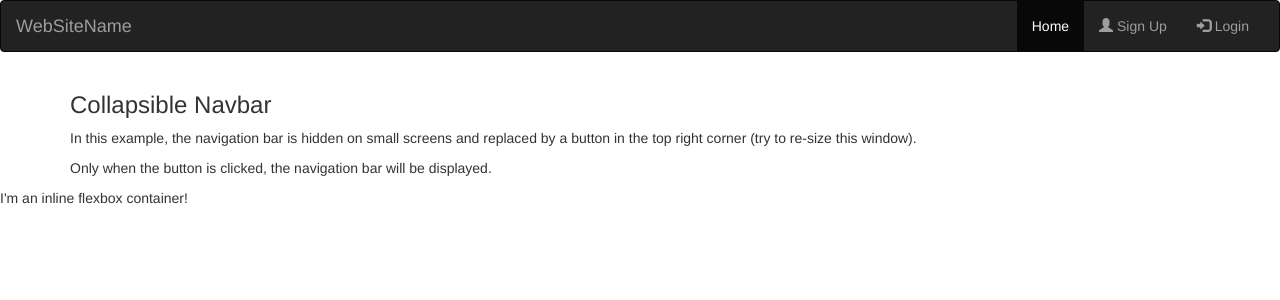
Repository: prathmeshgodbole/Web_Development
Page: Mobile_tracker/Installation.html
An editor plug-in stored every save of this project. The page is shown before and after the next save, followed by the edit.
The browser window is 1280 px wide. The pictures show the whole page.

Above is the page before, as saved 2020-03-08 17:12:02.

### Mobile_tracker/Installation.html
<!DOCTYPE html>
<html lang="en">

<head>
    <title>Bootstrap Example</title>
    <meta charset="utf-8">
    <meta name="viewport" content="width=device-width, initial-scale=1">
    <link rel="stylesheet" href="https://maxcdn.bootstrapcdn.com/bootstrap/3.4.1/css/bootstrap.min.css">
    <script src="https://ajax.googleapis.com/ajax/libs/jquery/3.4.1/jquery.min.js"></script>
    <script src="https://maxcdn.bootstrapcdn.com/bootstrap/3.4.1/js/bootstrap.min.js"></script>
</head>

<body>

    <nav class="navbar navbar-inverse">
        <div class="container-fluid">
            <div class="navbar-header">
                <button type="button" class="navbar-toggle" data-toggle="collapse" data-target="#myNavbar">
        <span class="icon-bar"></span>
        <span class="icon-bar"></span>
        <span class="icon-bar"></span>
      </button>
                <a class="navbar-brand" href="#">WebSiteName</a>
            </div>
            <div class="collapse navbar-collapse" id="myNavbar">

                <ul class="nav navbar-nav navbar-right">
                    <li class="active"><a href="#">Home</a></li>
                    <li><a href="#"><span class="glyphicon glyphicon-user"></span> Sign Up</a></li>
                    <li><a href="#"><span class="glyphicon glyphicon-log-in"></span> Login</a></li>
                </ul>
            </div>
        </div>
    </nav>

    <div class="container">
        <h3>Collapsible Navbar</h3>
        <p>In this example, the navigation bar is hidden on small screens and replaced by a button in the top right corner (try to re-size this window).
            <p>Only when the button is clicked, the navigation bar will be displayed.</p>
    </div>

    <div class="d-inline-flex p-2">I'm an inline flexbox container!</div>
</body>

</html>

After the next save:
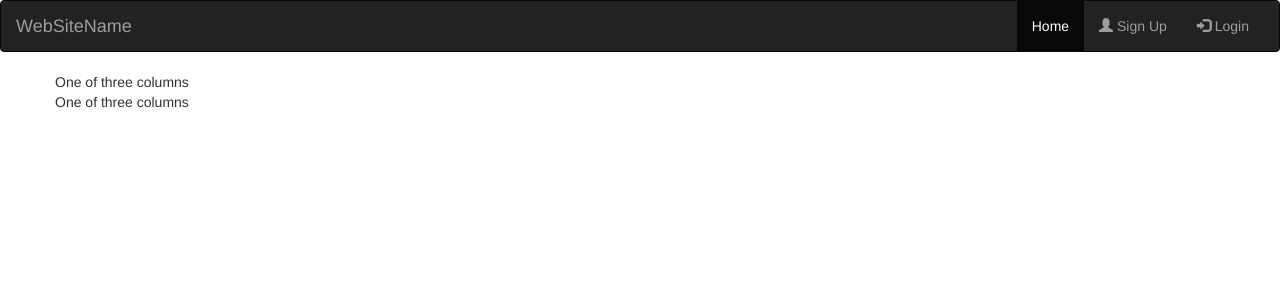
Saved 4 min 35 s later.
--- a/Mobile_tracker/Installation.html
+++ b/Mobile_tracker/Installation.html
@@ -34,12 +34,17 @@
     </nav>
 
     <div class="container">
-        <h3>Collapsible Navbar</h3>
-        <p>In this example, the navigation bar is hidden on small screens and replaced by a button in the top right corner (try to re-size this window).
-            <p>Only when the button is clicked, the navigation bar will be displayed.</p>
+        <div class="row align-items-center">
+            <div class="col">
+                One of three columns
+            </div>
+            <div class="col">
+                One of three columns
+            </div>
+        </div>
     </div>
 
-    <div class="d-inline-flex p-2">I'm an inline flexbox container!</div>
+
 </body>
 
 </html>
